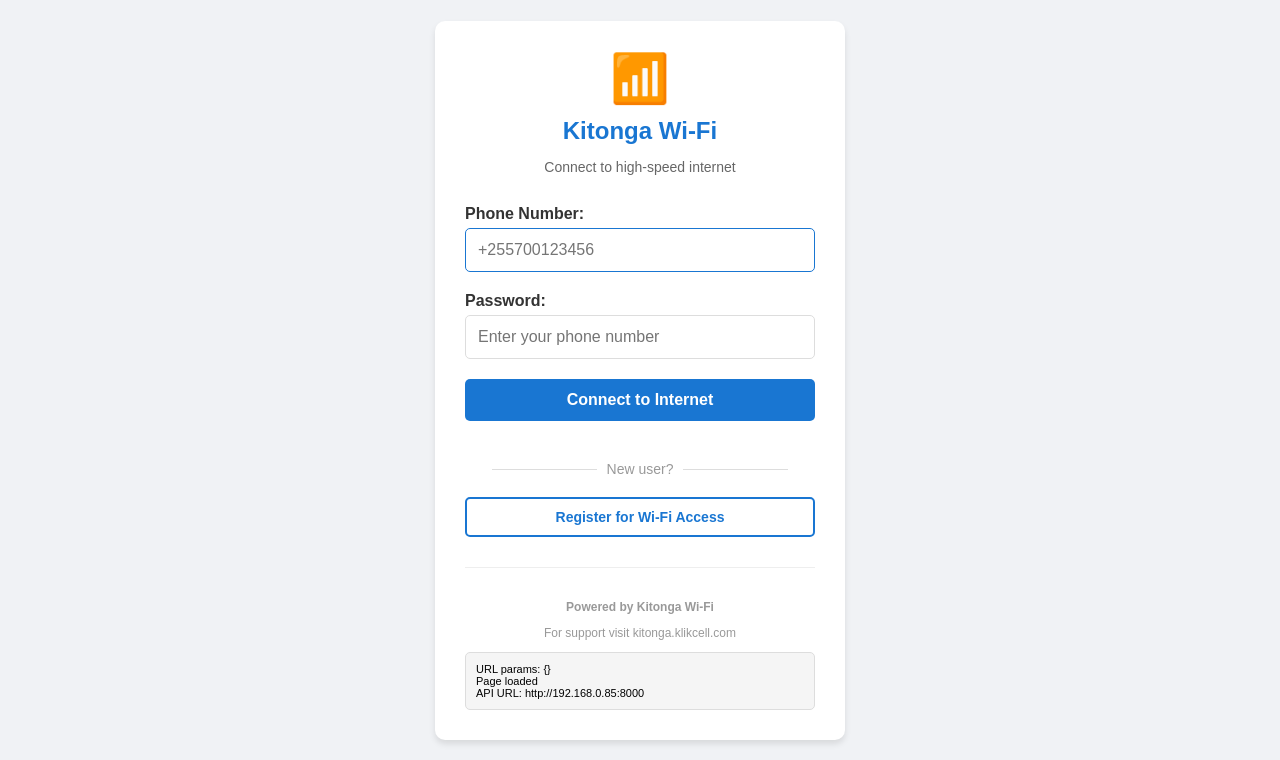
Repository: amirizo/kitonga
Page: hotspot_html/login.html
An editor plug-in stored every save of this project. The page is shown before and after the next save, followed by the edit.
The browser window is 1280 px wide. The pictures show the whole page.

Above is the page before, as saved 2026-01-11 11:03:37.

After the next save:
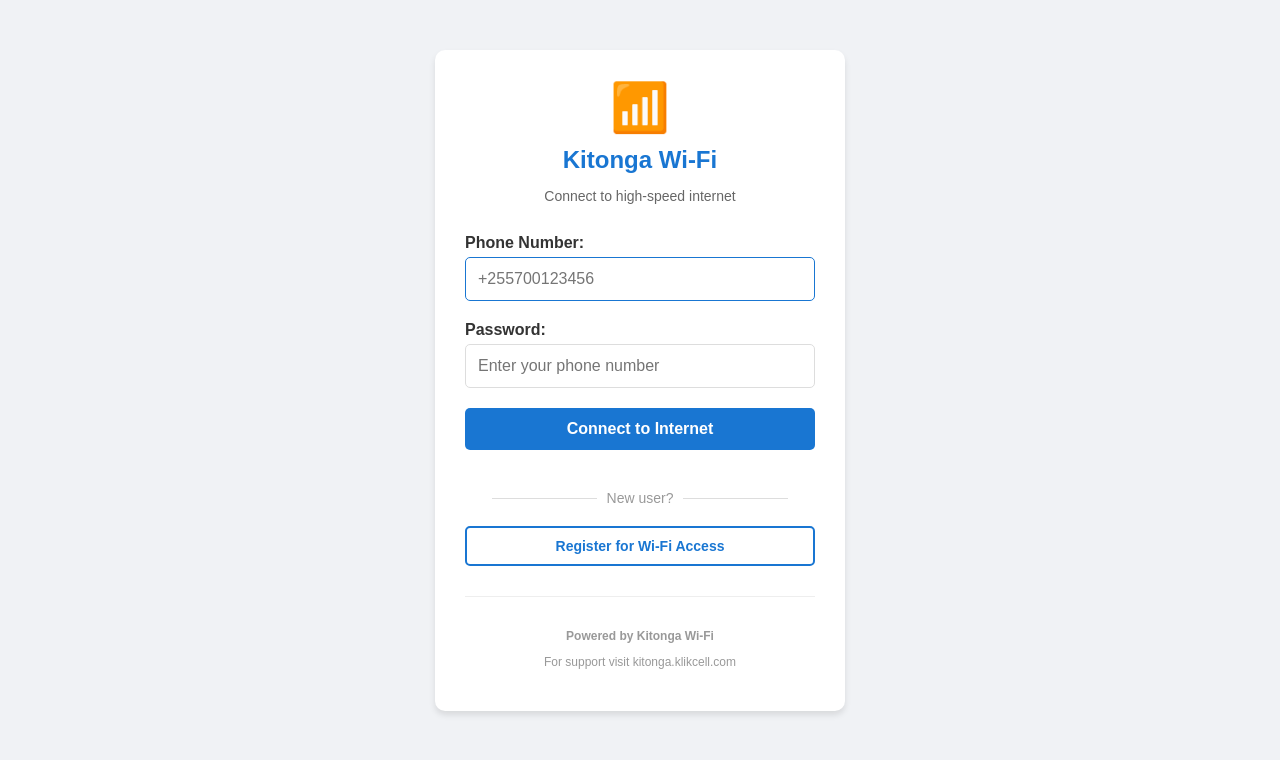
Saved 5 min 22 s later.
--- a/hotspot_html/login.html
+++ b/hotspot_html/login.html
@@ -227,17 +227,17 @@
     </div>
 
     <script>
-        // API Configuration - CHANGE THIS TO YOUR VPS URL
-        // For production:
-        // var API_BASE_URL = 'https://api.kitonga.klikcell.com';
-        // var FRONTEND_URL = 'https://kitonga.klikcell.com/portal/';
-
-        // For local testing (use your laptop's actual IP, not localhost):
-        var API_BASE_URL = 'http://192.168.0.85:8000';
-        var FRONTEND_URL = 'http://192.168.0.85:3000/portal/';
+        // API Configuration
+        // Production URLs:
+        var API_BASE_URL = 'https://api.kitonga.klikcell.com';
+        var FRONTEND_URL = 'https://kitonga.klikcell.com/portal/';
+
+        // For local testing (uncomment these and comment out production URLs):
+        // var API_BASE_URL = 'http://192.168.0.85:8000';
+        // var FRONTEND_URL = 'http://192.168.0.85:3000/portal/';
 
         // Debug mode - set to true to see debug info
-        var DEBUG_MODE = true;
+        var DEBUG_MODE = false;
 
         // Get URL parameters from MikroTik
         function getParams() {
